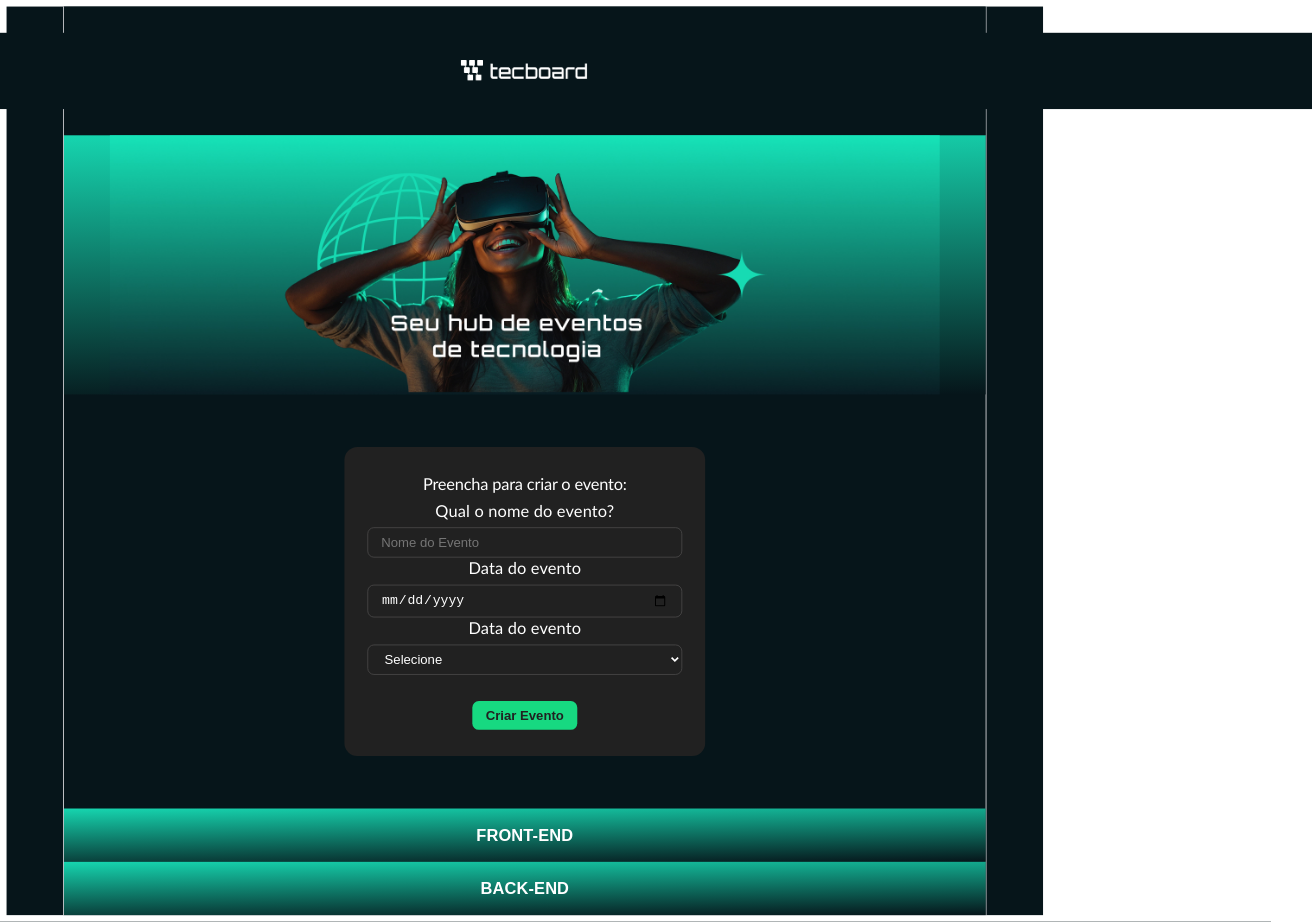
Repository: fernandadev12/techboard
Page: /
An editor plug-in stored every save of this project. The page is shown before and after the next save, followed by the edit.
The browser window is 1280 px wide. The page is 1600 px wide, so the pictures cover 1600 px, including what lies to the right of the window. The pictures show the whole page, at 82% of full size.
The project was rebuilt for these pictures with package versions that can differ from the ones it lists, and the page was loaded fresh each time. Also part of the build but not shown: vite.config.js.

Above is the page before, as saved 2026-06-14 17:22:50.

### index.html
<!doctype html>
<html lang="en">
  <head>
    <meta charset="UTF-8" />
    <link rel="icon" type="image/svg+xml" href="/favicon.svg" />
    <meta name="viewport" content="width=device-width, initial-scale=1.0" />
    <link rel="preconnect" href="https://fonts.googleapis.com" />
    <link rel="preconnect" href="https://fonts.gstatic.com" crossorigin />
    <link
      href="https://fonts.googleapis.com/css2?family=Orbitron:wght@400..900&display=swap"
      rel="stylesheet"
    />
    <link rel="preconnect" href="https://fonts.googleapis.com" />
    <link rel="preconnect" href="https://fonts.gstatic.com" crossorigin />
    <link
      href="https://fonts.googleapis.com/css2?family=Orbitron:wght@400..900&family=Work+Sans:ital,wght@0,100..900;1,100..900&display=swap"
      rel="stylesheet"
    />
    <title>techboard</title>
  </head>
  <body>
    <div id="root"></div>
    <script type="module" src="/src/main.jsx"></script>
  </body>
</html>

### src/index.css
:root {
  --text: #6b6375;
  --text-h: #08060d;
  --bg: #fff;
  --border: #e5e4e7;
  --code-bg: #f4f3ec;
  --accent: #aa3bff;
  --accent-bg: rgba(170, 59, 255, 0.1);
  --accent-border: rgba(170, 59, 255, 0.5);
  --social-bg: rgba(244, 243, 236, 0.5);
  --shadow:
    rgba(0, 0, 0, 0.1) 0 10px 15px -3px, rgba(0, 0, 0, 0.05) 0 4px 6px -2px;

  --sans: system-ui, "Segoe UI", Roboto, sans-serif;
  --heading: system-ui, "Segoe UI", Roboto, sans-serif;
  --mono: ui-monospace, Consolas, monospace;

  font: 18px/145% var(--sans);
  letter-spacing: 0.18px;
  color-scheme: light dark;
  color: var(--text);
  background: var(--bg);
  font-synthesis: none;
  text-rendering: optimizeLegibility;
  -webkit-font-smoothing: antialiased;
  -moz-osx-font-smoothing: grayscale;

  @media (max-width: 1024px) {
    font-size: 16px;
  }
}

@media (prefers-color-scheme: dark) {
  :root {
    --text: #9ca3af;
    --text-h: #f3f4f6;
    --bg: #16171d;
    --border: #2e303a;
    --code-bg: #1f2028;
    --accent: #c084fc;
    --accent-bg: rgba(192, 132, 252, 0.15);
    --accent-border: rgba(192, 132, 252, 0.5);
    --social-bg: rgba(47, 48, 58, 0.5);
    --shadow:
      rgba(0, 0, 0, 0.4) 0 10px 15px -3px, rgba(0, 0, 0, 0.25) 0 4px 6px -2px;
  }

  #social .button-icon {
    filter: invert(1) brightness(2);
  }
}

body {
  background-color: #06151a;
}

#root {
  width: 1126px;
  max-width: 100%;
  margin: 0 auto;
  text-align: center;
  border-inline: 1px solid var(--border);
  min-height: 100svh;
  display: flex;
  flex-direction: column;
  box-sizing: border-box;
}

h1,
h2 {
  font-family: var(--heading);
  font-weight: 500;
  color: var(--text-h);
}

h1 {
  font-size: 56px;
  letter-spacing: -1.68px;
  margin: 32px 0;
  @media (max-width: 1024px) {
    font-size: 36px;
    margin: 20px 0;
  }
}
h2 {
  font-size: 24px;
  line-height: 118%;
  letter-spacing: -0.24px;
  margin: 0 0 8px;
  @media (max-width: 1024px) {
    font-size: 20px;
  }
}
p {
  margin: 0;
}

code,
.counter {
  font-family: var(--mono);
  display: inline-flex;
  border-radius: 4px;
  color: var(--text-h);
}

code {
  font-size: 15px;
  line-height: 135%;
  padding: 4px 8px;
  background: var(--code-bg);
}

### src/App.jsx
import "./App.css";
import { Banner } from "./componentes/Banner";
import { Tema } from "./componentes/Tema";
import { FormularioDeEvento } from "./componentes/FormularioDeEvento";

function App() {
  const temas = [
    {
      id: 1,
      nome: "Front-end",
    },
    {
      id: 2,
      nome: "Back-end",
    },
    {
      id: 3,
      nome: "Mobile",
    },
    {
      id: 4,
      nome: "DevOps",
    },
    {
      id: 5,
      nome: "Inteligência Artificial",
    },
    {
      id: 6,
      nome: "Cloud",
    },
  ];

  temas.map;

  return (
    <main>
      <header>
        <img src="/Header.png"></img>
      </header>
      <Banner />
      <FormularioDeEvento />
      <section>
        <Tema tema={temas[0]} />
      </section>
      <section>
        <Tema tema={temas[1]} />
      </section>
    </main>
  );
}

export default App;

### src/App.css
header {
  background-color: #06151a;
  padding: 32px;
  display: flex;
  justify-content: center;
}
section {
  background: linear-gradient(179deg, #16d5af 0%, #06151a);
  display: flex;
  justify-content: center;
}
section img {
  max-width: 90%;
}

.form-evento {
  background-color: #212121;
  padding: 32px 28px;
  border-radius: 15px;
  width: 394px;
  margin: 64px auto;
  max-width: 320px;
}
.hero {
  position: relative;

  .base,
  .framework,
  .vite {
    inset-inline: 0;
    margin: 0 auto;
  }

  .base {
    width: 170px;
    position: relative;
    z-index: 0;
  }

  .framework,
  .vite {
    position: absolute;
  }

  .framework {
    z-index: 1;
    top: 34px;
    height: 28px;
    transform: perspective(2000px) rotateZ(300deg) rotateX(44deg) rotateY(39deg)
      scale(1.4);
  }

  .vite {
    z-index: 0;
    top: 107px;
    height: 26px;
    width: auto;
    transform: perspective(2000px) rotateZ(300deg) rotateX(40deg) rotateY(39deg)
      scale(0.8);
  }
}

#center {
  display: flex;
  flex-direction: column;
  gap: 25px;
  place-content: center;
  place-items: center;
  flex-grow: 1;

  @media (max-width: 1024px) {
    padding: 32px 20px 24px;
    gap: 18px;
  }
}

#next-steps {
  display: flex;
  border-top: 1px solid var(--border);
  text-align: left;

  & > div {
    flex: 1 1 0;
    padding: 32px;
    @media (max-width: 1024px) {
      padding: 24px 20px;
    }
  }

  .icon {
    margin-bottom: 16px;
    width: 22px;
    height: 22px;
  }

  @media (max-width: 1024px) {
    flex-direction: column;
    text-align: center;
  }
}

#docs {
  border-right: 1px solid var(--border);

  @media (max-width: 1024px) {
    border-right: none;
    border-bottom: 1px solid var(--border);
  }
}

#next-steps ul {
  list-style: none;
  padding: 0;
  display: flex;
  gap: 8px;
  margin: 32px 0 0;

  .logo {
    height: 18px;
  }

  a {
    color: var(--text-h);
    font-size: 16px;
    border-radius: 6px;
    background: var(--social-bg);
    display: flex;
    padding: 6px 12px;
    align-items: center;
    gap: 8px;
    text-decoration: none;
    transition: box-shadow 0.3s;

    &:hover {
      box-shadow: var(--shadow);
    }
    .button-icon {
      height: 18px;
      width: 18px;
    }
  }

  @media (max-width: 1024px) {
    margin-top: 20px;
    flex-wrap: wrap;
    justify-content: center;

    li {
      flex: 1 1 calc(50% - 8px);
    }

    a {
      width: 100%;
      justify-content: center;
      box-sizing: border-box;
    }
  }
}

#spacer {
  height: 88px;
  border-top: 1px solid var(--border);
  @media (max-width: 1024px) {
    height: 48px;
  }
}

.ticks {
  position: relative;
  width: 100%;

  &::before,
  &::after {
    content: "";
    position: absolute;
    top: -4.5px;
    border: 5px solid transparent;
  }

  &::before {
    left: 0;
    border-left-color: var(--border);
  }
  &::after {
    right: 0;
    border-right-color: var(--border);
  }
}

### src/componentes/Banner/index.jsx
import "./bannerstyles.css";

export function Banner() {
  return (
    <section className="banner">
      <img src="/Banner.jpg"></img>
    </section>
  );
}

### src/componentes/Tema/index.jsx
import "./temastyles.css";

export function Tema({ tema }) {
  return <h3 className="titulotema">{tema.nome}</h3>;
}

### src/componentes/FormularioDeEvento/index.jsx
import { TituloFormulario } from "../TituloFormulario";
import { CampoFormulario } from "../CampoDeFormulario";
import { LabelFormulario } from "../Label";
import { CampoDeEntrada } from "../CampoDeEntrada";
import "./formularioEventoStyles.css";
import { BotaoFormulario } from "../Botao";
import { ListaSuspensa } from "../ListaSuspensa";

export function FormularioDeEvento() {
  return (
    <form className="form-evento">
      <TituloFormulario> Preencha para criar o evento:</TituloFormulario>
      <div className="campor">
        <CampoFormulario>
          <LabelFormulario htmlFor="nome">
            Qual o nome do evento?
          </LabelFormulario>
          <CampoDeEntrada
            type="text"
            id="nome"
            placeholder="Nome do Evento"
            name="nomeEvento"
          />
        </CampoFormulario>

        <CampoFormulario>
          <LabelFormulario htmlFor="dataEvento">Data do evento</LabelFormulario>
          <CampoDeEntrada type="date" id="dataEvento" name="dataEvento" />
        </CampoFormulario>

        <CampoFormulario>
          <LabelFormulario htmlFor="dataEvento">Data do evento</LabelFormulario>
          <ListaSuspensa />
        </CampoFormulario>
      </div>

      <div className="acoes">
        <BotaoFormulario>Criar Evento</BotaoFormulario>
      </div>
    </form>
  );
}

### src/componentes/Banner/bannerstyles.css
.banner {
  background: linear-gradient(179deg, #16d5af 0%, #06151a);
  display: flex;
  justify-content: center;
}

.banner img {
  max-width: 90%;
}

### src/componentes/Tema/temastyles.css
.titulotema {
  color: #fff;
  font-family: "Orbiton", sans-serif;
  font-weight: 600;
  font-size: 20px;
  line-height: 125%;
  letter-spacing: 10%;
  text-transform: uppercase;
}

### src/componentes/TituloFormulario/index.jsx
import "./titulostyle.css";

// export function TituloFormulario() {
//   return <h3 class="tituloform">Preencha para criar um evento:</h3>;
// }
export function TituloFormulario({ children }) {
  return <h2 className="tituloform">{children}</h2>;
}

### src/componentes/CampoDeFormulario/index.jsx
import "./campoformestyles.css";

export function CampoFormulario({ children }) {
  return <fieldset className="campoform">{children}</fieldset>;
}

### src/componentes/Label/index.jsx
import "./labelstyles.css";

export function LabelFormulario({ children, htmlFor }) {
  return (
    <label className="label" htmlFor={htmlFor}>
      {children}
    </label>
  );
}

### src/componentes/CampoDeEntrada/index.jsx
import "./campoentradastyles.css";

export function CampoDeEntrada(props) {
  return <input className="campoformularioinput" {...props} />;
}

### src/componentes/FormularioDeEvento/formularioEventoStyles.css
.campos {
  display: flex;
  flex-direction: column;
  gap: 16px;
}

.form-evento {
  background-color: #212121;
  padding: 32px 28px;
  border-radius: 16px;
  width: 384px;
  max-width: 90%;
  margin: 64px auto;
}

.acoes {
  margin-top: 32px;
  text-align: center;
}

### src/componentes/Botao/index.jsx
import "./botaostyles.css";

export function BotaoFormulario({ children }) {
  return <button className="botaoform">{children}</button>;
}

### src/componentes/ListaSuspensa/index.jsx
import "./listasuspensastyles.css";

export function ListaSuspensa() {
  return (
    <select className="listasuspensaform">
      <option value="">Selecione</option>
      <option value="valor1">valor1</option>
      <option value="valor2">valor2</option>
    </select>
  );
}

### src/componentes/TituloFormulario/titulostyle.css
.tituloform {
  font-family:
    "Trebuchet MS", "Lucida Sans Unicode", "Lucida Grande", "Lucida Sans",
    Arial, sans-serif;
  font-weight: 400;
  font-size: 20px;
  line-height: 125%;
  color: #fff;
}

### src/componentes/CampoDeFormulario/campoformestyles.css
.campoform {
  display: flex;
  flex-direction: column;
  gap: 8px;
  border: none;
  padding: 0;
  margin: 0;
}

### src/componentes/Label/labelstyles.css
.label {
  font-family:
    "Trebuchet MS", "Lucida Sans Unicode", "Lucida Grande", "Lucida Sans",
    Arial, sans-serif;
  font-weight: 400;
  font-size: 20px;
  line-height: 125%;
  color: #fff;
}

### src/componentes/CampoDeEntrada/campoentradastyles.css
.campoformularioinput {
  border-radius: 8px;
  background-color: transparent;
  border: 1px solid #4a4949;
  color: #fff;
  padding: 8px 16px;
  font-size: 16px;
  font-weight: 400;
  line-height: 120%;
}

.campoformularioinput:placeholder {
  color: #4a4949;
}

### src/componentes/Botao/botaostyles.css
.botaoform {
  font-weight: 600;
  font-size: 16px;
  line-height: 120%;
  color: #212121;
  padding: 8px 16px;
  background-color: #17d981;
  border-radius: 8px;
  border: none;
}

.botaoform:hover {
  opacity: 0.8;
  cursor: pointer;
}

### src/componentes/ListaSuspensa/listasuspensastyles.css
.listasuspensaform {
  border-radius: 8px;
  background-color: transparent;
  border: 1px solid #4a4949;
  color: #fff;
  padding: 8px 16px;
  font-size: 16px;
  font-weight: 400;
  line-height: 120%;
}

Loaded but not shown: src/main.jsx (common file)

After the next save:
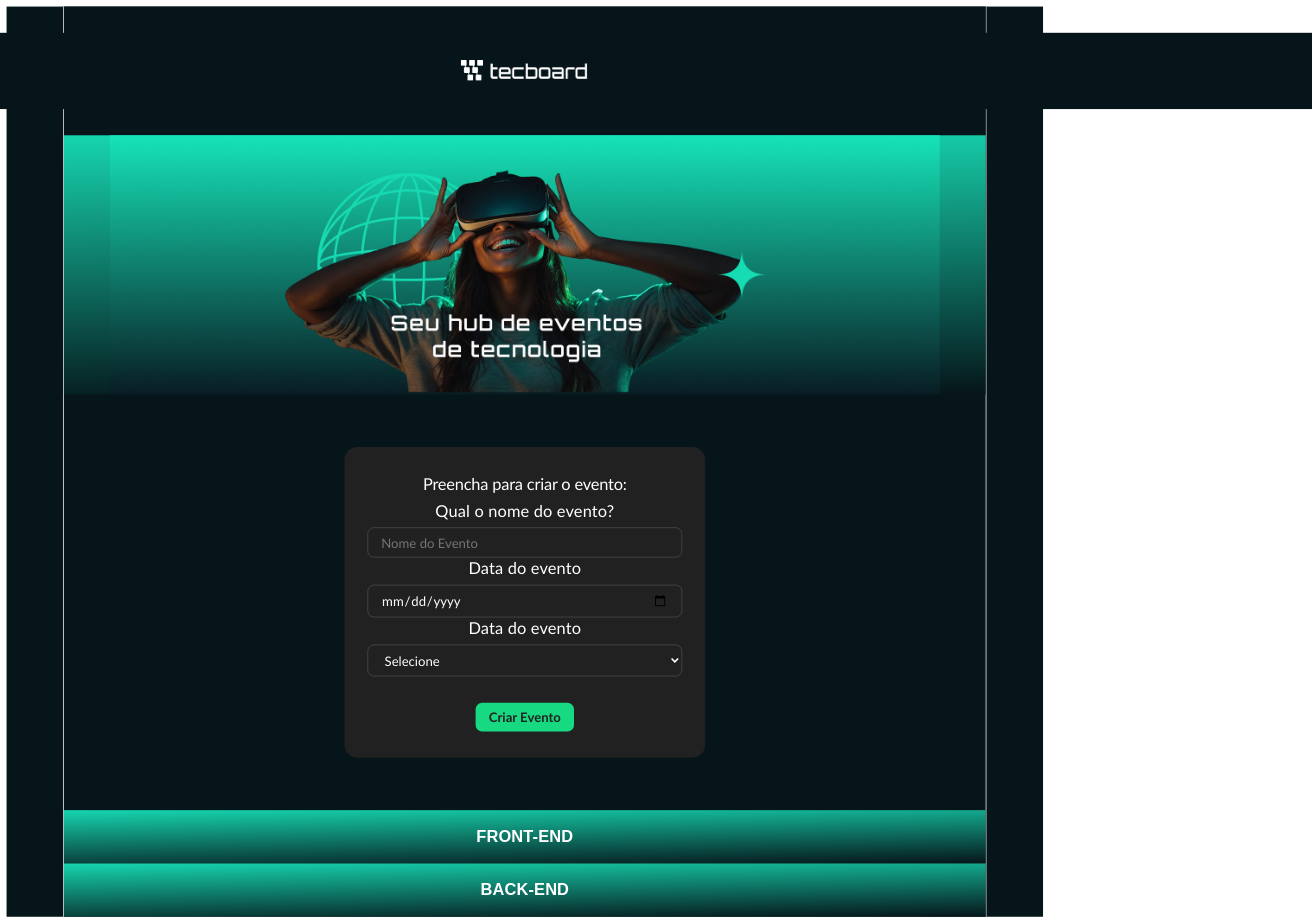
Saved 36 s later.
--- a/src/index.css
+++ b/src/index.css
@@ -28,6 +28,12 @@
   @media (max-width: 1024px) {
     font-size: 16px;
   }
+}
+
+* {
+  font-family:
+    "Trebuchet MS", "Lucida Sans Unicode", "Lucida Grande", "Lucida Sans",
+    Arial, sans-serif;
 }
 
 @media (prefers-color-scheme: dark) {
